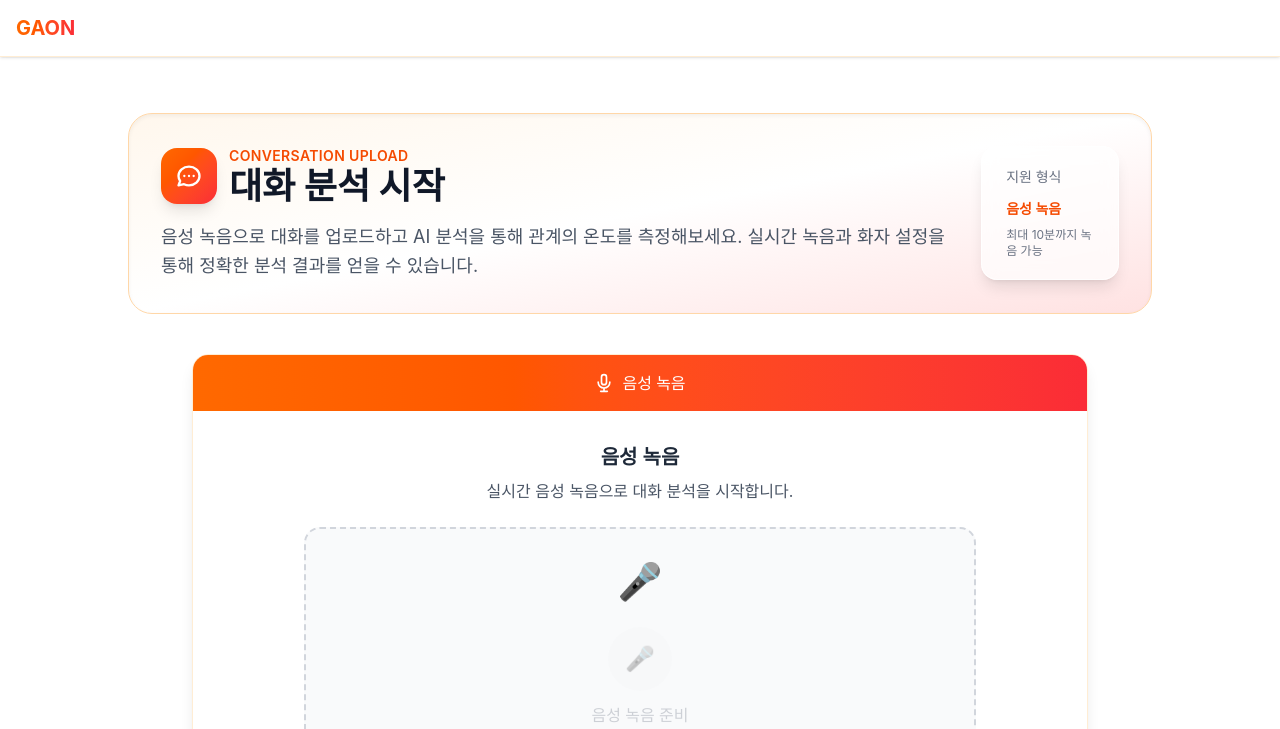
Repository: HyunJunSon/GAON
Page: /conversation (app in frontend/)
An editor plug-in stored every save of this project. The page is shown before and after the next save, followed by the edit.
The browser window is 1280 px wide. The pictures show the whole page.
The page's requests for data from a server got no answer. An inner scrolling area shows only its first screen. Some web fonts or font styles are not loaded; a fallback is used. The project was rebuilt for these pictures with package versions that can differ from the ones it lists, and the page was loaded fresh each time. The framework's server and built-in components were replaced by stand-ins that run in the browser. No one was signed in, and anything a server would have sent is missing. Also part of the build but not shown: frontend/next.config.ts, frontend/components/navigation/NavLinks.ts, frontend/components/ui/GaonLogo.tsx, frontend/components/navigation/AppNavigation.tsx, frontend/components/navigation/NotificationCenter.tsx, frontend/components/ui/ErrorAlert.tsx, frontend/apis/family.ts, frontend/components/ui/ConversationQuotes.tsx and 1 more.

Above is the page before, as saved 2025-11-19 23:22:31.

After the next save:
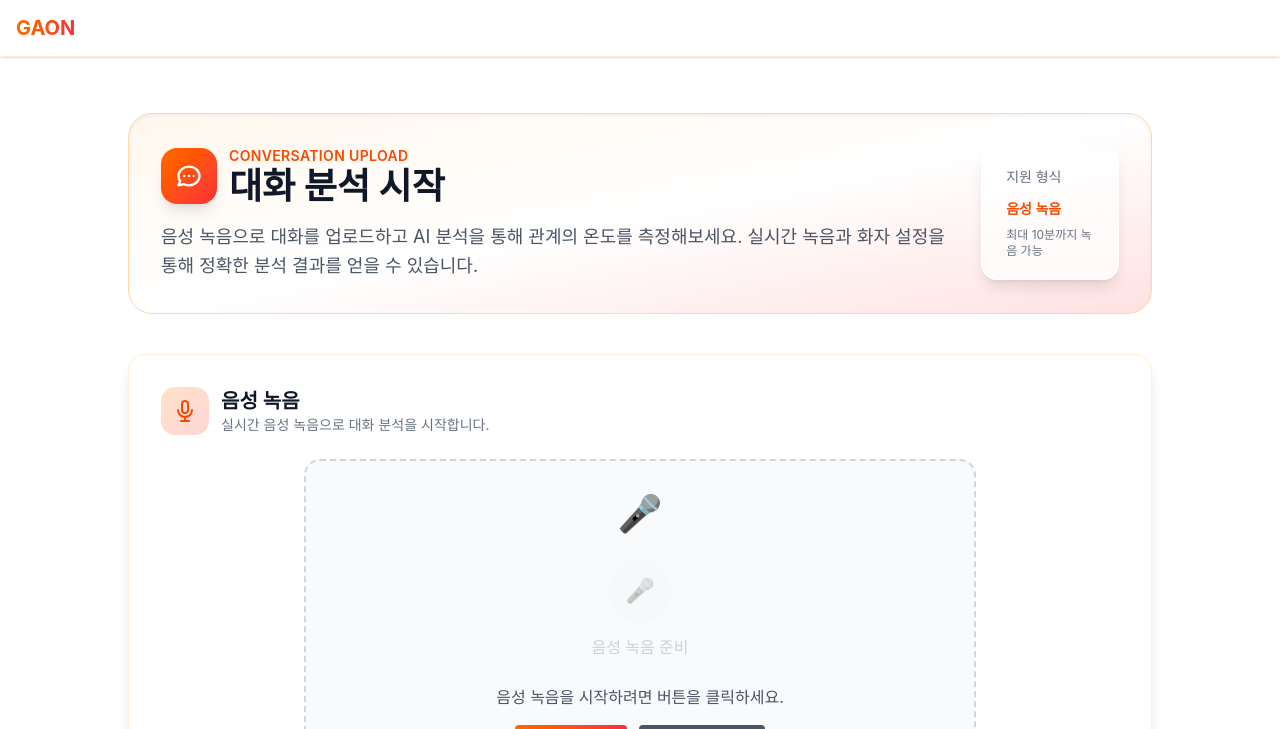
Saved 23 s later.
--- a/frontend/app/conversation/page.tsx
+++ b/frontend/app/conversation/page.tsx
@@ -134,56 +134,34 @@
         </div>
       </header>
 
-      {/* 탭 네비게이션 */}
-      <div className="max-w-4xl mx-auto">
-        <div className="bg-white rounded-2xl shadow-lg border border-orange-100 overflow-hidden">
-          <nav className="flex">
-            <button
-              onClick={() => setActiveTab('audio')}
-              className={`flex-1 py-4 px-6 font-medium text-center transition-all duration-200 ${
-                activeTab === 'audio'
-                  ? 'bg-gradient-to-r from-orange-500 to-red-500 text-white'
-                  : 'text-gray-600 hover:text-orange-600 hover:bg-orange-50'
-              }`}
-            >
-              <div className="flex items-center justify-center gap-2">
-                <svg className="w-5 h-5" fill="none" stroke="currentColor" viewBox="0 0 24 24">
-                  <path strokeLinecap="round" strokeLinejoin="round" strokeWidth={2} d="M19 11a7 7 0 01-7 7m0 0a7 7 0 01-7-7m7 7v4m0 0H8m4 0h4m-4-8a3 3 0 01-3-3V5a3 3 0 116 0v6a3 3 0 01-3 3z" />
-                </svg>
-                음성 녹음
-              </div>
-            </button>
-          </nav>
-
-          {serverError && (
-            <div className="p-6 border-t border-orange-100">
-              <ErrorAlert message={serverError} />
-            </div>
-          )}
-
-          {/* 탭 컨텐츠 */}
-          <div className="p-8">
-            {activeTab === 'audio' && (
-              <section className="space-y-6">
-                <div className="text-center">
-                  <h2 className="text-xl font-semibold text-gray-800 mb-2">음성 녹음</h2>
-                  <p className="text-gray-600">
-                    실시간 음성 녹음으로 대화 분석을 시작합니다.
-                  </p>
-                </div>
-
-                <div className="max-w-2xl mx-auto">
-                  <AudioRecorder
-                    onRecordingComplete={handleRecordingComplete}
-                    onError={handleError}
-                    maxDurationMinutes={10}
-                  />
-                </div>
-              </section>
-            )}
+      {/* 음성 녹음 섹션 */}
+      <section className="rounded-2xl border border-orange-100 bg-white p-8 shadow-lg">
+        <div className="flex items-center gap-3 mb-6">
+          <div className="w-12 h-12 rounded-xl bg-gradient-to-br from-orange-500/20 to-red-500/20 flex items-center justify-center text-orange-600">
+            <svg className="w-6 h-6" fill="none" stroke="currentColor" viewBox="0 0 24 24">
+              <path strokeLinecap="round" strokeLinejoin="round" strokeWidth={2} d="M19 11a7 7 0 01-7 7m0 0a7 7 0 01-7-7m7 7v4m0 0H8m4 0h4m-4-8a3 3 0 01-3-3V5a3 3 0 116 0v6a3 3 0 01-3 3z" />
+            </svg>
+          </div>
+          <div>
+            <h2 className="text-xl font-semibold text-gray-900">음성 녹음</h2>
+            <p className="text-sm text-gray-500">실시간 음성 녹음으로 대화 분석을 시작합니다.</p>
           </div>
         </div>
-      </div>
+
+        {serverError && (
+          <div className="mb-6">
+            <ErrorAlert message={serverError} />
+          </div>
+        )}
+
+        <div className="max-w-2xl mx-auto">
+          <AudioRecorder
+            onRecordingComplete={handleRecordingComplete}
+            onError={handleError}
+            maxDurationMinutes={10}
+          />
+        </div>
+      </section>
 
       {/* 화자 맵핑 모달 */}
       <SpeakerMappingModal
